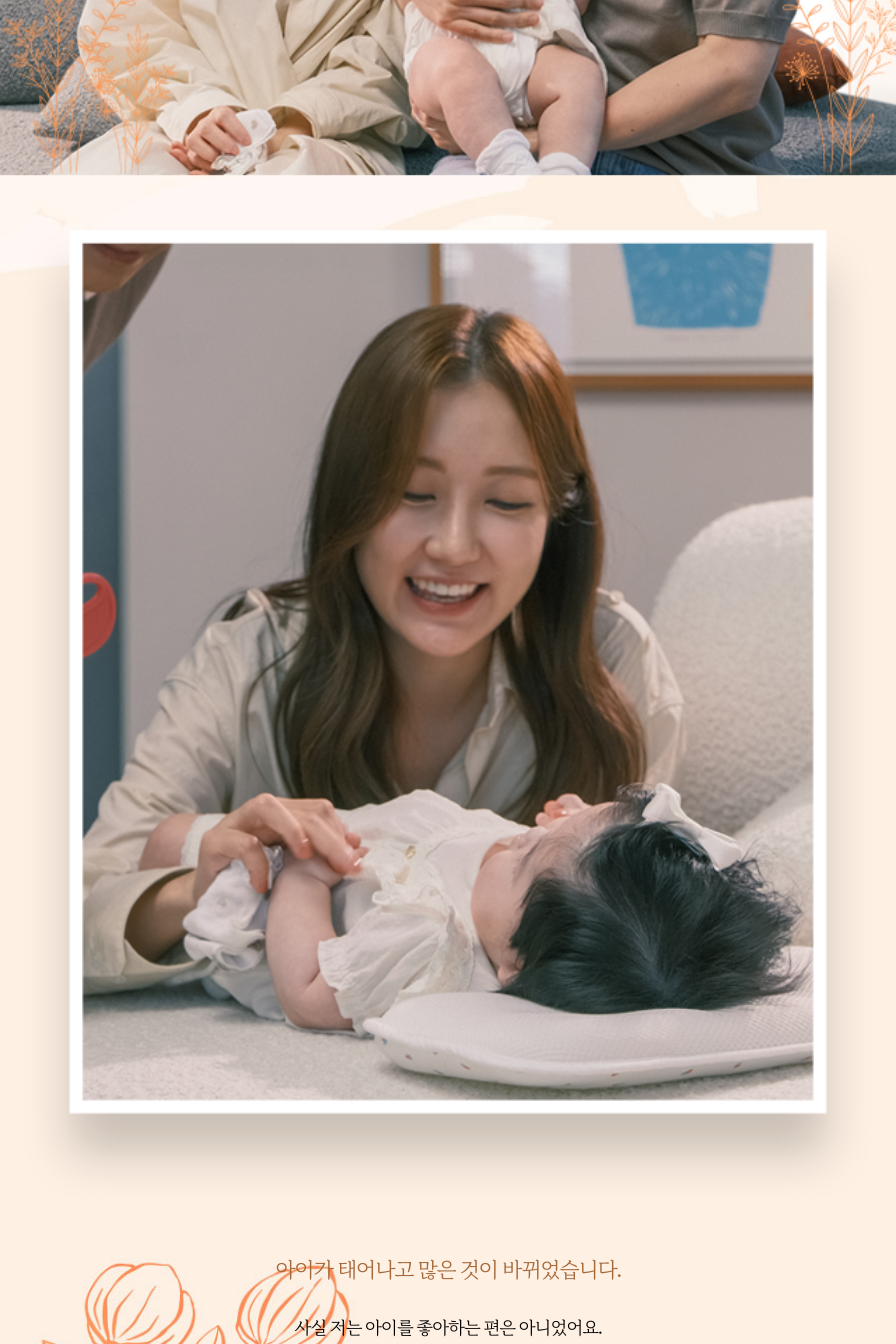
Repository: dlgywls1130/saveTheChildren_2024
Page: index.html
The author's editor kept a copy of each file at every save. The page is drawn from the files as they stood at one save, then again after the next save.
The browser window is 1280 px wide. The pictures show the part of the page from y = 2646 to 4566 px (the page is 18135 px tall before and 18215 px after), at 70% of full size.
Some web fonts or font styles are not loaded; a fallback is used. The style sheet was rebuilt from its Sass, Less or Tailwind sources for each picture, by a compiler version that may differ from the author's.

Above is the page before, as saved 2024-11-03 21:21:24.

### index.html
<!DOCTYPE html>
<html lang="en">
<head>
    <meta charset="UTF-8">
    <meta name="viewport" content="width=device-width, initial-scale=1.0">
    <title>Document</title>

    <link rel="stylesheet" href="./css/common.css">
</head>
<body>

    <!-- main -->
    <section class="main_container">
        <div class="container">
            <div class="logo_title mb-40">
                <img src="./images/logo.png" alt="logo">
                <p>우리 아기 좋은 날 기부</p>
            </div>

            <p class="sub_title mb-40">
                의사 오진승, 아나운서 김도연 가족과 함께하는
            </p>

            <h2 class="mb-30">우리 아기<br>좋은 날 일기</h2>

            <p class="sub_span_text mb-40">
                여러분은 자녀의 소중한 순간을<br>
                어떻게 기념 하시나요?
            </p>

            <p class="sub_descript mb-60">
                보통 사진을 찍고 영상을 남기는<br> 분들이 많으실 거에요. <br>
                우리 아이의 소중한 날을<br> 특별하게 기념하는 방법을<br>
                소개해드릴게요
            </p>

            <a href="#" class="record_btn">
                <img src="/images/pencle.png" alt="pencle">
                <p>우리 아기 좋은 날 기록하기</p>
            </a>
        </div>
    </section>

    <!-- 스토리섹션 -->

    <section class="story_section">
        <div class="container pt-100">

            <!-- 영상 -->
            <div class="video_container mb-150 ">
                <video></video>
            </div>

            <div class="story_01 mb-70">
                <p class="s01 mb-60">
                    “유튜브 <닥터프렌즈>를 운영하는<br> 정신과 전문의 오진승,
                    <br>KBS 전 아나운서, 현 프리랜서 방송인 김도연입니다.
                </p>

                <p class="s01_1 mb-60">
                    세이브더칠드런과는 자립지원아동들과<br> 미혼모가정을 위해
                    <br>기부하며 인연을 이어오고 있습니다.
                </p>

                <p class="s01_2">
                    지난 4월, 첫 딸 수빈이가 저희에게 찾아와 주었어요.”
                </p>

                <img src="/images/s1_1.png" alt="story">
            </div>


            <div class="story_02 mb-150">
                <div class="story_02_01">
                    <div class="story_image">
                        <img src="/images/s2_1.png" alt="stroy">
                    </div>
                    <div class="story_text-contain py-50">
                        <p class="story_text_01 mb-50">
                            아이가 태어나고 많은 것이 바뀌었습니다.
                        </p>
                        <p class="story_text_02 mb-50">
                            사실 저는 아이를 좋아하는 편은 아니었어요.
                            <br>하지만 낳고 처음 마주하는 순간, 생각했어요.
                        </p>
                        <p class="story_text_03 mb-50">
                            ‘천년의 사랑이 시작되었다.’
                        </p>

                        <p class="story_text_04">
                            지금은 힘들어도 아이 얼굴만 보면 웃음이 나와요.
                        </p>
                    </div>


                </div>
            </div>

            <div class="story_03 mb-100">
                <div class="story_03_01">

                    <div class="story_image">
                        <img src="/images/s3_1.png" alt="stroy">
                    </div>

                    <div class="story_text-contain py-50">
                        <p class="story_text_01 mb-100">
                            내 자녀를 볼 때,
                            <br>의학적으로 마음에 드는
                            <br>이성을 보았을 때의
                            <br>10배에 달하는 도파민이 나온대요.
                        </p>
                        <p class="story_text_02 mb-60">
                            저는 현재에 안주하며 사는
                            <br>편이었는데, 딸이 태어난 후부터
                            <br>삶에 대해 더 고민하고.
                            <br>잘하려고 노력하고 있어요.
                        </p>
                        <p class="story_text_03">
                            아이가 삶의 원동력이 된 셈이죠.
                        </p>

                    </div>

                </div>
            </div>

            <div class="story_04">
                <div class="story04_01 mb-150">

                    <div class="story_image">
                        <img src="/images/s4_1.png" alt="stroy">
                    </div>

                    <div class="story_text-contain py-50">
                        <p class="story_text_01 mb-30">
                            요즘은 수빈이와 함께 놀이터 갈 날을
                            <br>손꼽아 기다리고 있어요.
                        </p>
                        <p class="story_text_02">
                            아직 말귀도 못 알아듣는 아이한테
                            <br>“너 언제 커서 아빠랑 놀이터 갈래?”
                            <br>묻고는 하죠.

                        </p>

                    </div>

                </div>

                <div class="story04_02 mb-150">

                    <div class="story_image">
                        <img src="/images/s4_2.png" alt="stroy">
                    </div>

                    <div class="story_text-contain pt-30">
                        <p class="story_text_01 mb-30">
                            아이를 정신없이 키우다 보니
                            <br>탄생의 순간이 희미해지고 있었어요.
                        </p>
                        <p class="story_text_02">
                            우리 아기 좋은 날 캠페인에
                            <br>참여해서 직접 기념일 이야기를 담은
                            <br>후원감사증서를 받아보니,
                            <br>그때 생각이 나서 너무 좋았어요.

                        </p>

                    </div>


                </div>
            </div>

            <div class="story_05">
                <div class="story_05_01 pt-80 mb-50">

                    <div class="story_text mb-30">
                        “아이가 건강하게 발달단계를 해내는
                        <br>소중한 순간에 기부를 하면
                        <br>수빈이가 더 건강하고,행복하게
                        <br>자라게 되지 않을까요?
                        <br>
                        <br>소중한 순간마다 기부하고
                        <br>앨범처럼 남겨서 보여주면
                        <br>자랑스러운 부모가 될 것 같아요”
                    </div>

                    <div class="img_story">
                        <img src="/images/s5_1.png">
                    </div>
                </div>

                <div class="story_05_02 px-60 mb-150">

                    <div class="story_text">
                        “저는 칭찬 받거나 스스로에게 자부심을
                        <br>느낀 순간은 오래 기억된다고 생각해요.
                        <br>
                        <br>내 아이에게 ‘네가 첫 양치질을 잘 해낸
                        <br>기념으로  다른 친구를 도왔어.’ 라고
                        <br>말해준다면 그 뿌듯함을 밑거름으로
                        <br>자기 자신과 다른 사람 모두 사랑할 수 있는
                        <br>아이로 성장하지 않을까요?”
                    </div>

                    <div class="img_story">
                        <img src="/images/s5_2.png">
                    </div>

                </div>


                <div class="middle_cotain pb-100">
                    <p class="mb-70">첫 걸음마, 첫돌, 처음 엄마 아빠를 부른 날, 처음 비를 맞아본 날,
                    <br>처음 놀이터에 간 날, 그 소중한 순간을 기부로 기록해 보세요.</p>

                    <p class="mb-200">후원해주신 모든 분들께 직접 작성한 기념일 이야기가 담긴 <span>후원감사증서</span>를 드리며,
                    <br>30만원 이상 후원해 주신 분들께는 이름을 수놓은 <span>순면거즈블랭킷</span>을 증정하고 있습니다. </p>

                    <div class="middle_image mb-100">
                        <div class="middel_left">
                            <img src="/images/s6_1.png">
                        </div>
                        <div class="middel_right">
                            <img src="/images/s6_2.png">
                        </div>

                        <a href="#">
                            <img src="/images/floating.png" class="float_image">
                        </a>

                    </div>


                    <a href="#" class="record_btn">
                        <img src="/images/pencle.png" alt="pencle">
                        <p>우리 아기 좋은 날 기록하기</p>
                    </a>
                </div>



            </div>

        </div>


    </section>

    <!-- info -->

    <section class="sponsor_section">

        <div class="container py-150">

            <!-- 후원신청 -->
            <div class="sponsor-container pt-100 mb-150">
                <h2 class="mb-80">후원신청 과정</h2>

                <div class="sponsor_list  mb-80">
                    <div class="sponsor_list_inner">
                        <div class="list-inner-img">
                            <img src="/images/circle_1.png" alt="sponsor">
                        </div>
                        <p>후원신청하기</p>

                    </div>
                    <span class="arrow-img"><img src="/images/arrow.png"></span>
                    <div class="sponsor_list_inner">
                        <div class="list-inner-img">
                            <img src="/images/circle_2.png">
                        </div>
                        <p>후원감사증서<br>메시지 적기</p>

                    </div>
                    <span class="arrow-img"><img src="/images/arrow.png"></span>
                    <div class="sponsor_list_inner">
                        <div class="list-inner-img">
                            <img src="/images/circle_3.png">
                        </div>
                        <p>신청완료</p>

                    </div>
                    <span class="arrow-img"><img src="/images/arrow.png"></span>
                    <div class="sponsor_list_inner">
                        <div class="list-inner-img">
                            <img src="/images/circle_4.png">
                        </div>
                        <p>후원감사증서 발송<br>(1주일이내)</p>

                    </div>
                </div>

                <p class="info-span">30만원 이상 후원자 분들께는 순면거즈블랭킷 제작을 위한 문자가 별도 발송됩니다. (후원 2-3일 이내)</p>
            </div>


            <div class="sponsor-inner mb-150">
                <h2 class="mb-100">후원금, 이렇게 쓰여요!</h2>

                <p class="mb-100">
                    세이브더칠드런은 국내외 아동을 대상으로
                    <br>생계지원, 의료지원,  영유아용품지원, 재해재난 상황에서의
                    <br>긴급구호 등의 활동을 진행하고 있습니다.
                    <br>
                    <br>보내주신 후원금은 정치, 종교, 인종에 관계없이
                    <br>모든 아이들을 구해야 한다는  세이브더칠드런의 신념에 따라
                    <br>가장 도움 필요한 아이를 위해 우선 사용됩니다.

                </p>

                <img src="/images/baby.png">
            </div>

            <div class="faq_section">
                <div class="container">
                    <h2 class="mb-40">FAQ</h2>

                    <ul class="faq_list">
                        <li>
                            <div class="faq_question">
                                <img src="/images/leaves.png">
                                <p>30만원 이상 후원했습니다. 거즈 순면 블랭킷은 언제 오나요?</p>
                            </div>
                            <div class="faq_answer">
                                우리 아기 좋은 날 기부로 30만원 이상 후원자님들께는 담요에 수놓을 아기 이름과 선물 수령 주소
                                <br>확인을 위한 문자가 발송됩니다. 02-6900-4479로 발송되는 문자 속 설문조사에 답해주세요.
                                <br>확인을 완료하신 분들께는 블랭킷 제작을 담당하고 있는 조니 스튜디오에서 아기 이름 자수
                                <br>작업 완료 후 배송해 드립니다.

                            </div>
                        </li>
                        <li>
                            <div class="faq_question">
                                <img src="/images/leaves.png">
                                <p>순면 거즈 블랭킷, 안전한 제품인가요? </p>
                            </div>
                            <div class="faq_answer">
                                본 블랭킷은 워싱된 3중 거즈로 제작되었으며, KC안전검사를 완료하였습니다.
                                <br>소재 특성상 섬유 조각이 발생할 수 있어 망에 넣지 않고 3번 정도 물빨래 하시는 것을 권장합니다.

                            </div>
                        </li>
                        <li>
                            <div class="faq_question">
                                <img src="/images/leaves.png">
                                <p>순면 거즈 블랭킷을 받았는 데 하자가 있어요. 어떻게 해야 하나요? </p>
                            </div>
                            <div class="faq_answer">
                                물품에 동봉된 조니스튜디오 연락처로 연락 부탁드립니다. 하자 물품에 대한 교환은 수령일로부터
                                <br>7일 이내에 조니스튜디오에 연락해주셔야 하며, 이로 인한 후원금 환불은 어렵습니다.

                            </div>
                        </li>
                        <li>
                            <div class="faq_question">
                                <img src="/images/leaves.png">
                                <p>후원감사증서에 넣을 수 있는 사진 사이즈는 얼마인가요?</p>
                            </div>
                            <div class="faq_answer">
                                사진 인화 사이즈 5*7 인치에 맞추어서 제작되었습니다.  그보다 작은 사진일 경우,
                                <br>후원감사증서  내부의 주머니에 넣어 보관하실 수도  있습니다.

                            </div>
                        </li>
                    </ul>
                </div>
            </div>
        </div>

    </section>


</body>
</html>

Loaded but not shown: css/common.scss (985 lines, source omitted)

After the next save:
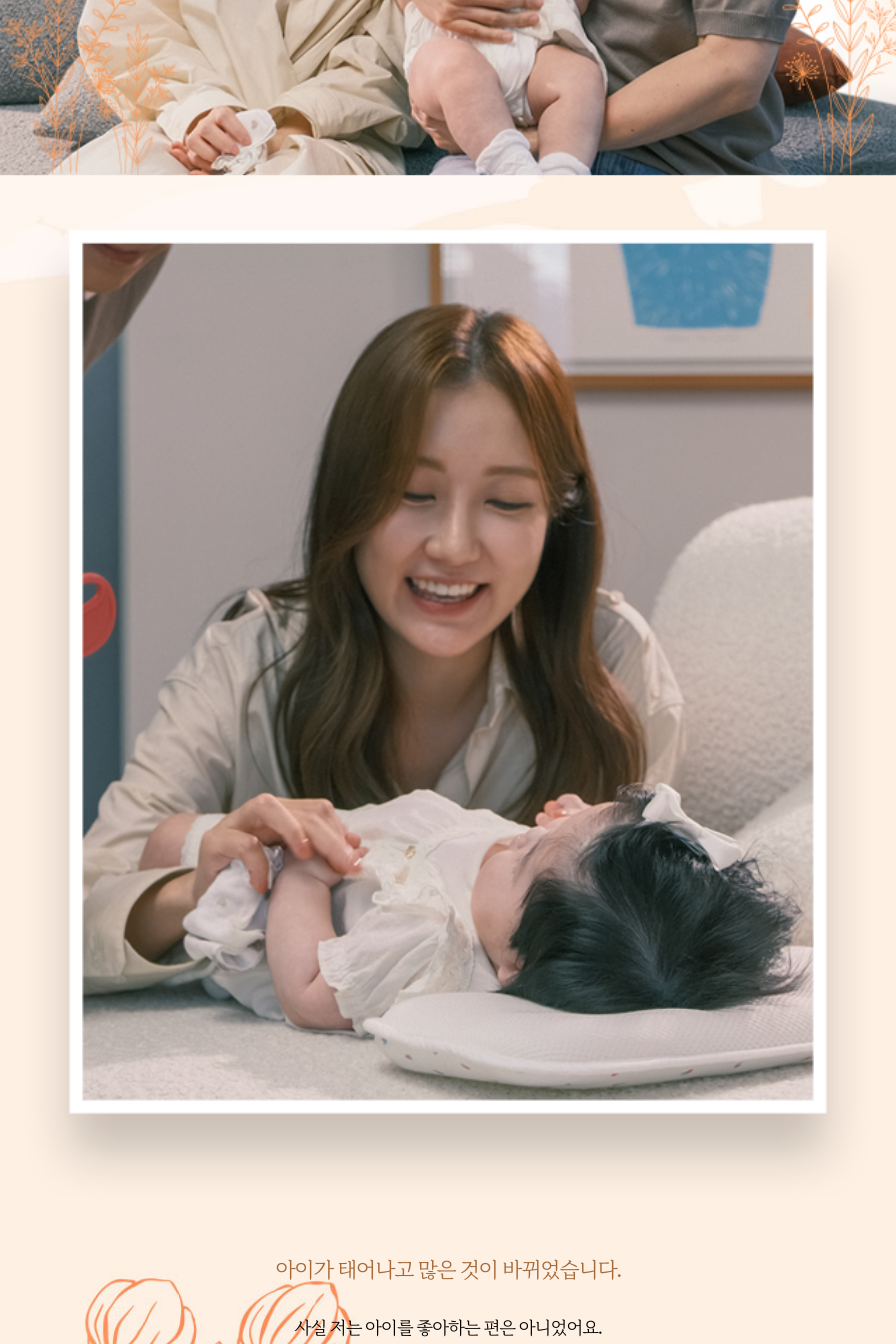
Saved 11 s later.
--- a/index.html
+++ b/index.html
@@ -192,7 +192,7 @@
                     </div>
                 </div>
 
-                <div class="story_05_02 px-60 mb-150">
+                <div class="story_05_02  pt-80 px-60 mb-150">
 
                     <div class="story_text">
                         “저는 칭찬 받거나 스스로에게 자부심을
